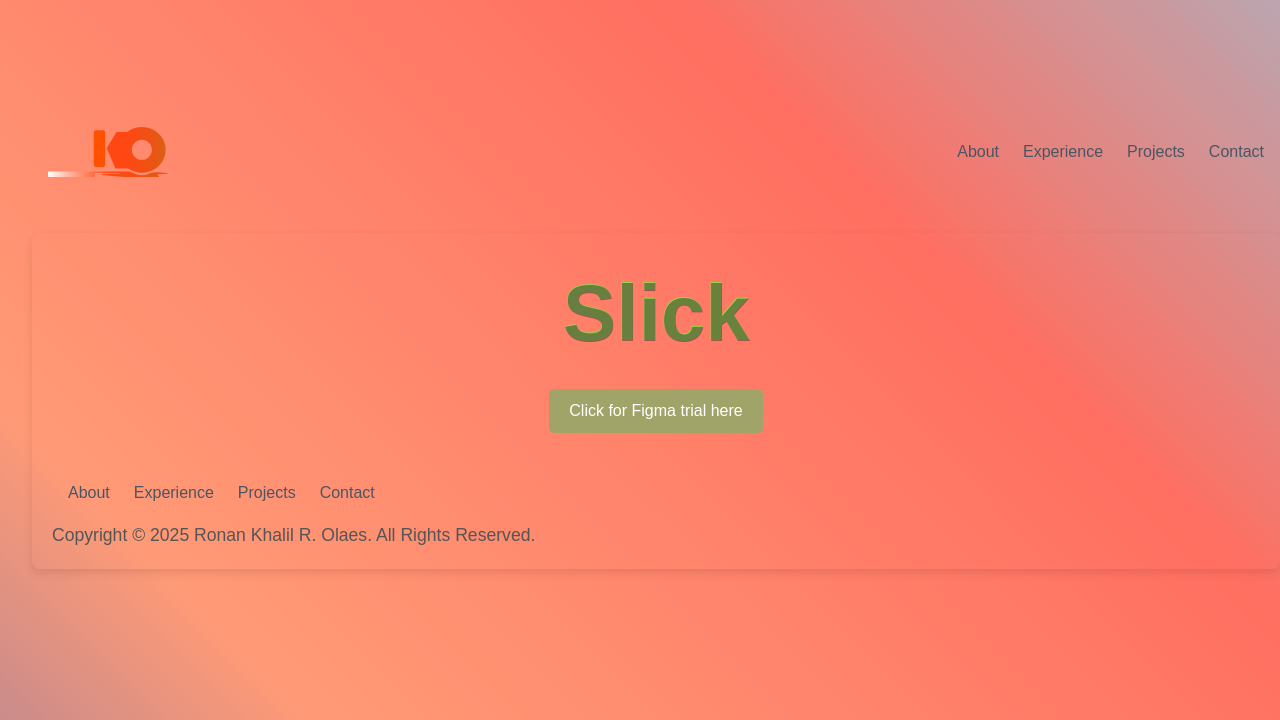
Repository: RonanKhalilOlaes/Olaes_portfolio_vanilla
Page: canDesign.html
An editor plug-in stored every save of this project. The page is shown before and after the next save, followed by the edit.
The browser window is 1280 px wide. The pictures show the whole page.
Some web libraries are served in a nearby version.

Above is the page before, as saved 2025-03-03 03:27:19.

After the next save:
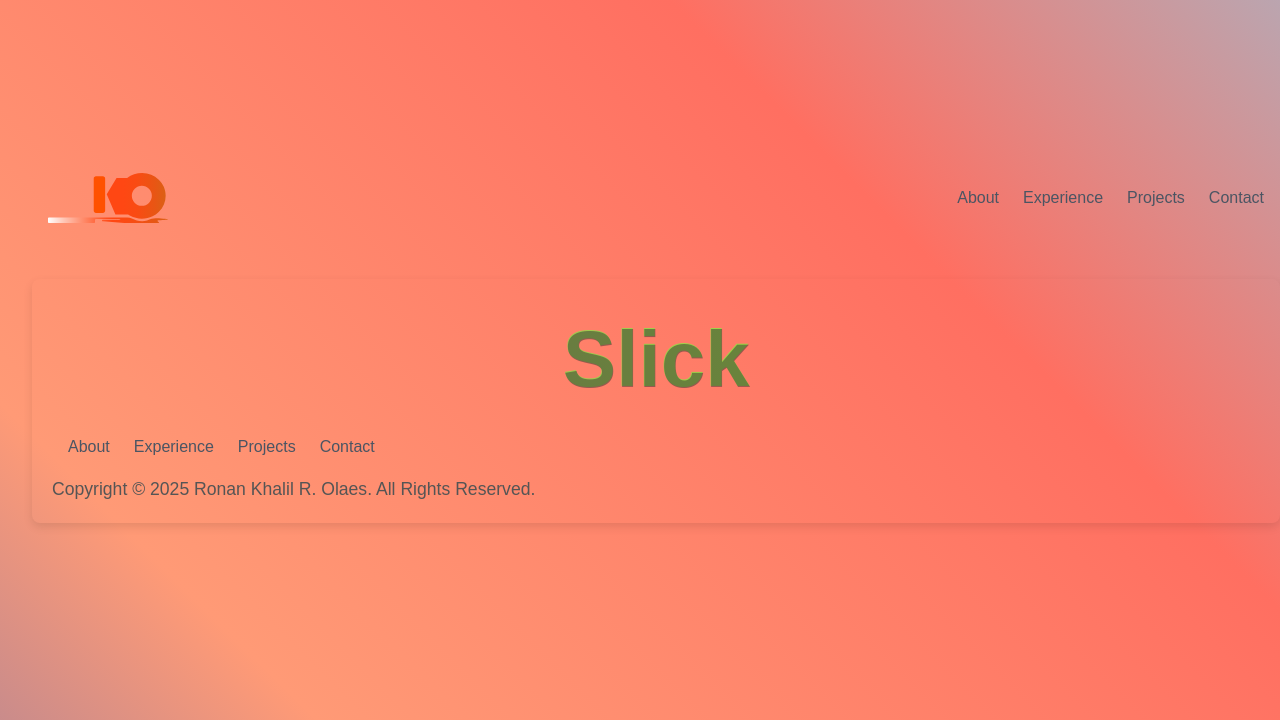
Saved 40 s later.
--- a/canDesign.html
+++ b/canDesign.html
@@ -28,10 +28,6 @@
         <h1 class="text-shadow text-[5em] font-bold" style="color: rgba(37, 37, 37, 0.5);">
              Slick
         </h1>
-        <button class="basic-button">
-            <a class= "figma-button" href="https://www.figma.com/proto/6gAX7WDHON1p2nq2GP6xGh/WhatSupper(my-copy)?node-id=1-1539&t=bTYWIq98kAotdhoo-0&scaling=min-zoom&content-scaling=fixed&page-id=0%3A1&starting-point-node-id=1%3A1539&show-proto-sidebar=1">
-                Click for Figma trial here</a>
-        </button>
 
 
 
